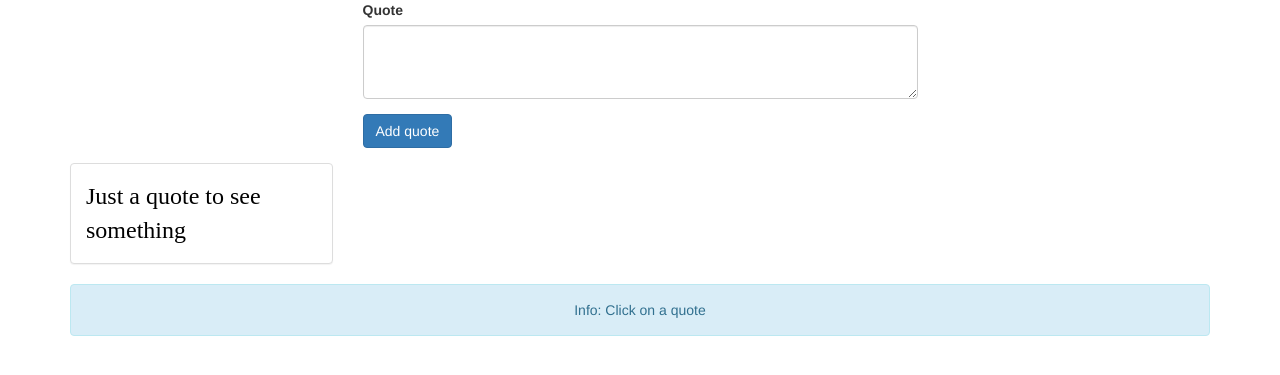
Repository: Azariagmt/Vue
Page: / (app in quote/Start/)
An editor plug-in stored every save of this project. The page is shown before and after the next save, followed by the edit.
The browser window is 1280 px wide. The pictures show the whole page.
Some web fonts or font styles are not loaded; a fallback is used. The project was rebuilt for these pictures with package versions that can differ from the ones it lists, and the page was loaded fresh each time. Also part of the build but not shown: quote/Start/webpack.config.js.

Above is the page before, as saved 2020-05-08 13:31:07.

### quote/Start/src/App.vue
<template>
    <div class="container">
        <app-new-qute @quoteAdded="newQuote"></app-new-qute>
    <app-quote-grid :quotes="quotes"></app-quote-grid>
    <div class="row">
        <div class="col-sm-12 text-center">
            <div class="alert alert-info">
                Info: Click on a quote
            </div>
        </div>
    </div>
    </div>
</template>

<script>
import QuoteGrid from './components/QuoteGrid.vue';
import NewQuote from './components/NewQuote.vue';

    export default {
        data: function(){
            return{
                quotes: ['Just a quote to see something'],
                maxQuotes: 10
            }
        },
        methods:{
            newQuote(quote){
                this.quotes.push(quote);
            }
        },
        components:{
            appQuoteGrid: QuoteGrid,
            appNewQute: NewQuote
        }
    }
</script>

<style>
</style>

### quote/Start/src/components/QuoteGrid.vue
<template>
<div class="row">
<app-quote v-for="quote in quotes">{{quote}}</app-quote>
</div>
</template>

<script>
import Quote from './Quote.vue';

export default {
    props: ['quotes'],
    components: {
        appQuote: Quote
    }
}
</script>

<style scoped>

</style>

### quote/Start/src/components/NewQuote.vue
<template>
  <div class="row">
    <form>
      <div class="form-group col-sm-8 col-sm-offset-2 col-xs-12 col-md-6 col-md-offset-3">
        <label>Quote</label>
        <textarea class="form-control" rows="3" v-model="quote"></textarea>
      </div>
        <div class="form-group col-sm-8 col-sm-offset-2 col-xs-12 col-md-6 col-md-offset-3">
       <button class="btn btn-primary" @click.prevent="createNew()">Add quote</button>
          </div>
    </form>
  </div>
</template>

<script>
export default {
    data: function(){
        return {
            quote: ''
        }
    },
    methods:{
        createNew: function(){
            this.$emit('quoteAdded', this.quote);
            this.quote = '';
        }
    }
};
</script>

<style scoped>
</style>

### quote/Start/src/components/Quote.vue
<template>
<div class="col-sm-6 col-md-4 col-lg-3">
    <div class="panel panel-default">
        <div class="panel-body quote">
            <slot></slot>
        </div>
    </div>
</div>
</template>

<script>
export default {
    props: ['quotes']
}
</script>

<style>
        .panel-body{
            font-family: 'Arizonia', cursive;
            font-size: 24px;
            color: black;
        }
        .quote{
            cursor:pointer;
        }
        .quote:hover{
            background-color: aqua;
        }
</style>

Loaded but not shown: quote/Start/index.html (common file); quote/Start/src/main.js (common file)

After the next save:
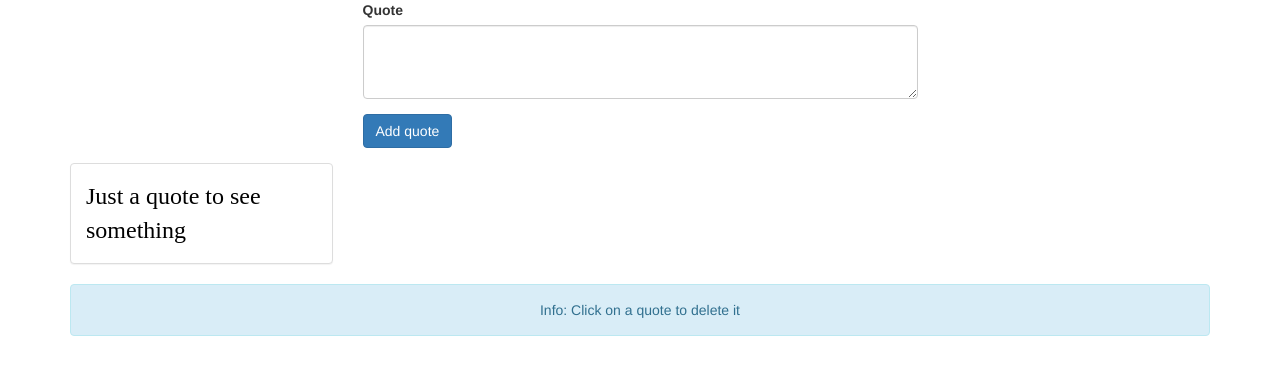
Saved 8 s later.
--- a/quote/Start/src/App.vue
+++ b/quote/Start/src/App.vue
@@ -5,7 +5,7 @@
     <div class="row">
         <div class="col-sm-12 text-center">
             <div class="alert alert-info">
-                Info: Click on a quote
+                Info: Click on a quote to delete it
             </div>
         </div>
     </div>
